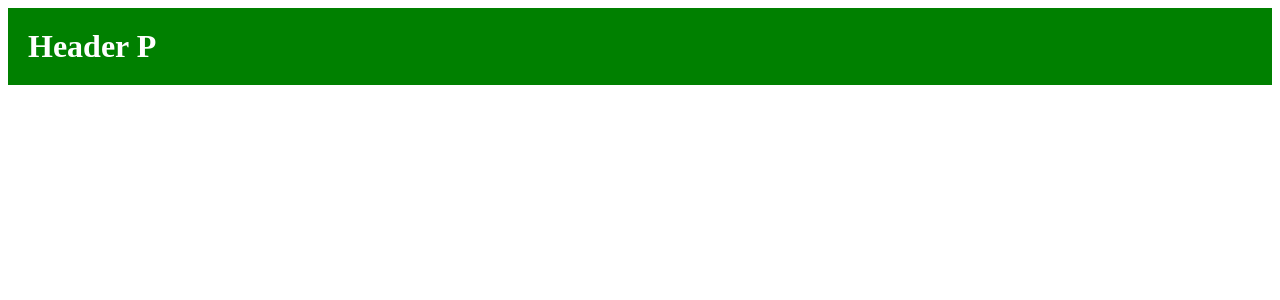
Repository: gaurav-codes123/Advance_Java
Page: http://localhost/JSP-Tutorial-01/header.jsp
An editor plug-in stored every save of this project. The page is shown before and after the next save, followed by the edit.
The browser window is 1280 px wide. The pictures show the whole page.
The page is served by Tomcat 9.

Above is the page before, as saved 2025-02-01 16:52:43.

### JSP-Tutorial-01/src/main/webapp/header.jsp
<h1
	style="background-color:green; color: white;padding:20px">Header P</h1>

After the next save:
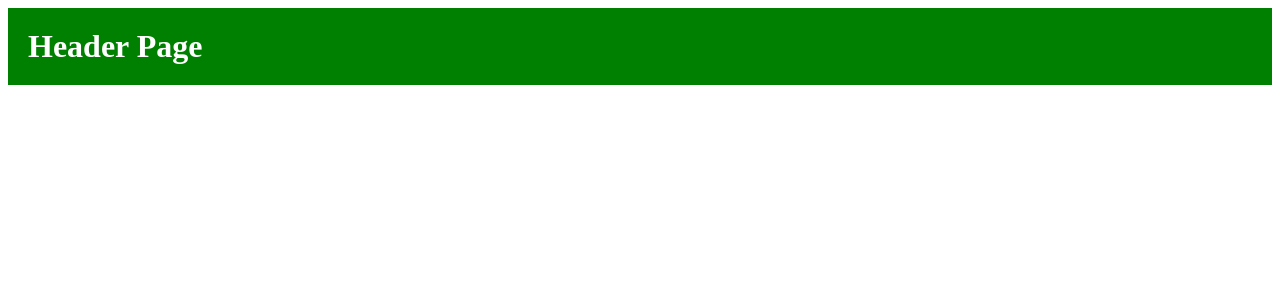
Saved 33 s later.
--- a/JSP-Tutorial-01/src/main/webapp/header.jsp
+++ b/JSP-Tutorial-01/src/main/webapp/header.jsp
@@ -1,2 +1,2 @@
 <h1
-	style="background-color:green; color: white;padding:20px">Header P</h1>
+	style="background-color:green; color: white;padding:20px">Header Page</h1>
